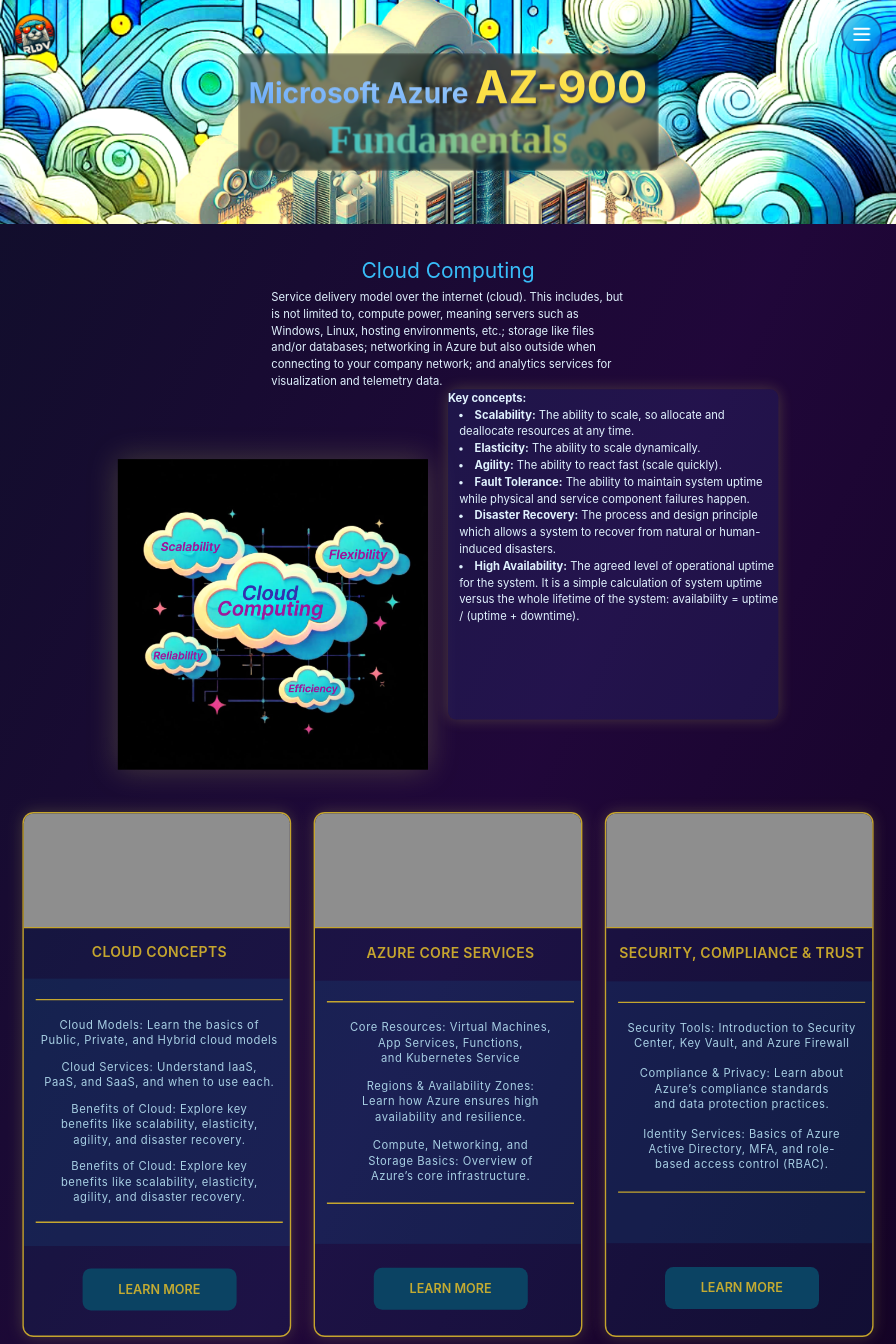
Repository: Freezler/az-900_svelte5
Page: /
These files come from the project's save history. The page is drawn as it stood at one moment and after a run of saves; the edit follows.
The browser window is 1280 px wide. The pictures show the part of the page from y = 0 to 1920 px (the page is 2638 px tall), at 70% of full size.
Pictures or frames that could not be fetched are drawn as grey boxes. The project was rebuilt for these pictures with package versions that can differ from the ones it lists, and the page was loaded fresh each time. The framework's server and built-in components were replaced by stand-ins that run in the browser. Also part of the build but not shown: vite.config.ts.

Above is the page before, as saved 2024-11-10 10:44:29.

After the next 6 saves:
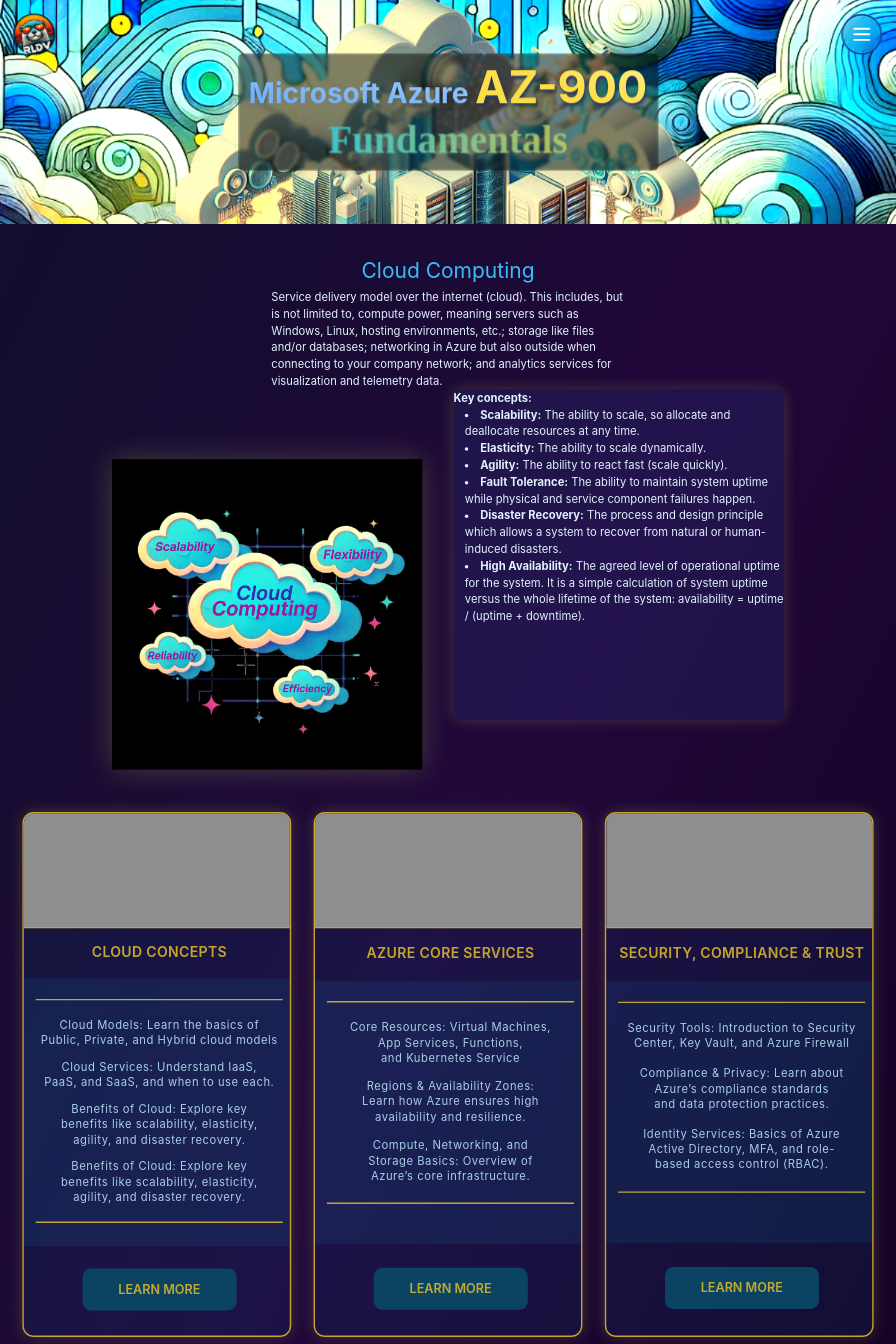
The 6 saves are shown as one change because they came seconds apart.
The last was saved 15 s later.
--- a/src/components/ComputingArticle.svelte
+++ b/src/components/ComputingArticle.svelte
@@ -8,7 +8,7 @@
 	</p>
 </div>
 
-<section class="grid items-center grid-cols-1 lg:grid-cols-2 justify-center place-items-center place-self-center place-content-centerz-10 text-start">
+<section class="grid items-center grid-cols-1 lg:grid-cols-2 justify-center place-items-center place-self-center place-content-center gap-4	z-10 text-start">
 	<img
 		src="../public/images/cloud.png"
 		alt="cloudSolutions"

After the save that followed:
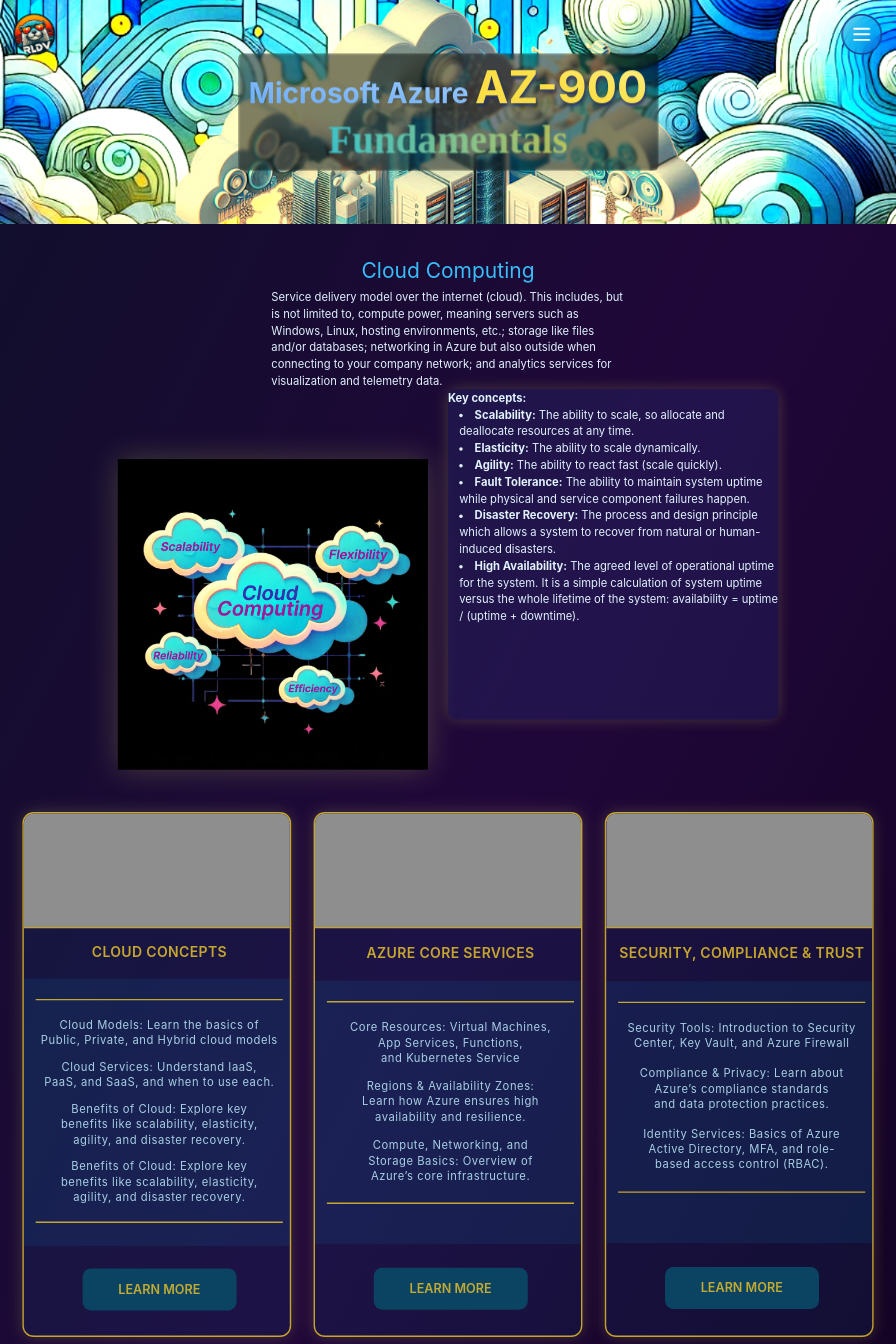
Saved 5 s later.
--- a/src/components/ComputingArticle.svelte
+++ b/src/components/ComputingArticle.svelte
@@ -8,7 +8,7 @@
 	</p>
 </div>
 
-<section class="grid items-center grid-cols-1 lg:grid-cols-2 justify-center place-items-center place-self-center place-content-center gap-4	z-10 text-start">
+<section class="grid items-center grid-cols-1 lg:grid-cols-2 justify-center place-items-center place-self-center place-content-center gap-0	z-10 text-start">
 	<img
 		src="../public/images/cloud.png"
 		alt="cloudSolutions"
